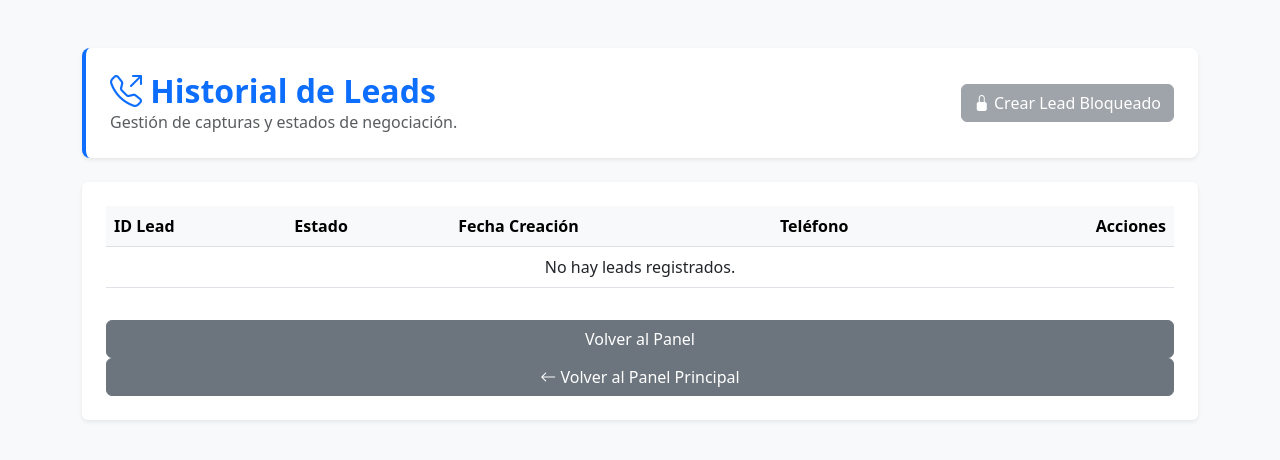
Repository: LuhizK/crm_ventas
Page: leads/templates/leads/listar_leads.html
The author's editor kept a copy of each file at every save. The page is drawn from the files as they stood at one save, then again after the next save.
The browser window is 1280 px wide. The pictures show the whole page.
The template is drawn by Django 5.2. The application's start-up code is not run. The template is opened directly, without the code that normally fills it, so the values that code supplies are empty.

Above is the page before, as saved 2026-07-07 15:19:09.

After the next save:
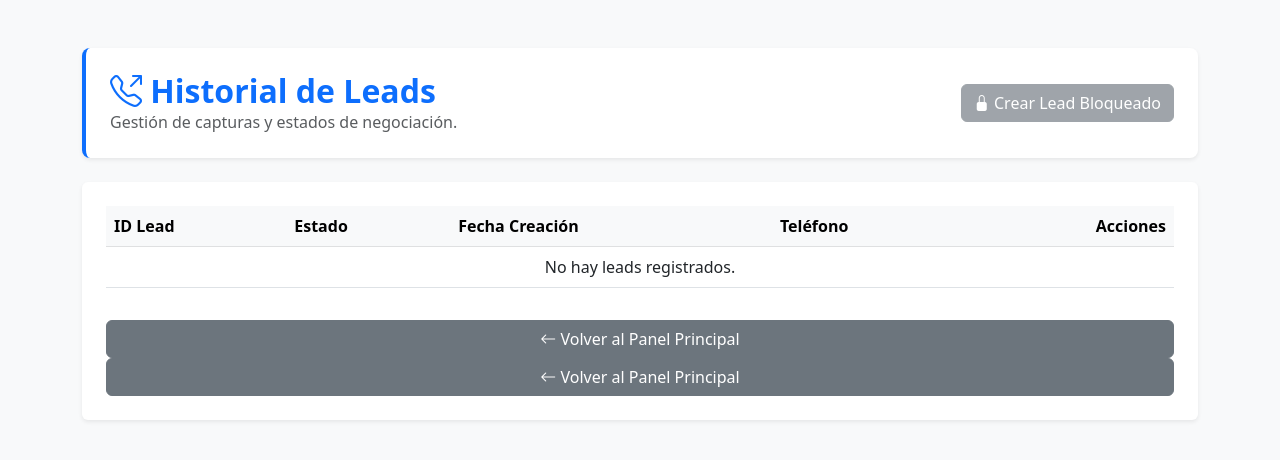
Saved 10 s later.
--- a/leads/templates/leads/listar_leads.html
+++ b/leads/templates/leads/listar_leads.html
@@ -55,7 +55,7 @@
                 </tbody>
             </table>
             <a href="{% url 'panel_control' %}" class="btn btn-secondary mt-3">
-                Volver al Panel</a>
+                <i class="bi bi-arrow-left"></i> Volver al Panel Principal
             <a href="{% url 'panel_control' %}" class="btn btn-secondary">
                     <i class="bi bi-arrow-left"></i> Volver al Panel Principal
             </a>
